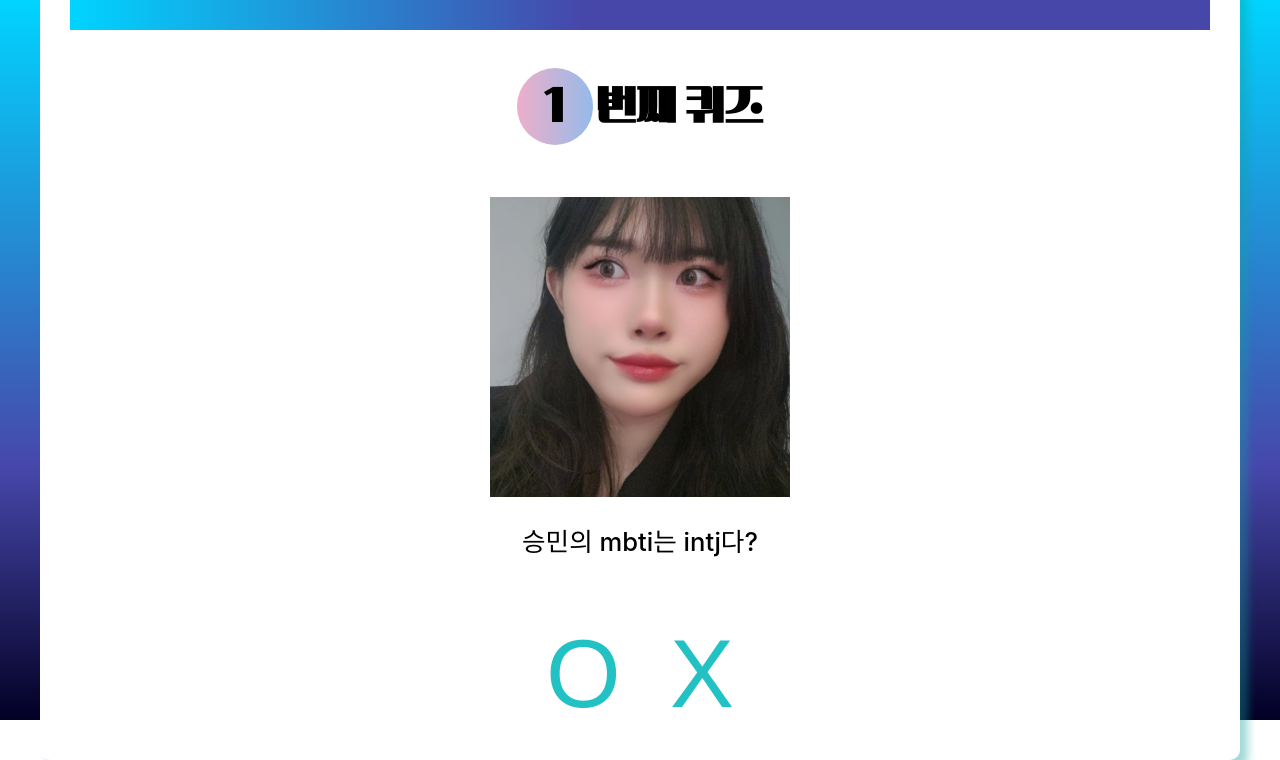
Repository: dnjfht/quiz3
Page: /quiz
An editor plug-in stored every save of this project. The page is shown before and after the next save, followed by the edit.
The browser window is 1280 px wide. The pictures show the whole page.
The project was rebuilt for these pictures with package versions that can differ from the ones it lists, and the page was loaded fresh each time. Also part of the build but not shown: src/components/Start.js, src/components/Score.js, src/components/Message.js, src/components/Ranking.js, src/components/NotPage.js.

Above is the page before, as saved 2023-04-15 23:18:38.

### src/index.js
import React from "react";
import ReactDOM from "react-dom/client";
import "./index.css";
import App from "./App";
import reportWebVitals from "./reportWebVitals";
import { BrowserRouter } from "react-router-dom";
import { Provider } from "react-redux";
import store from "./redux/config/configStore";

const root = ReactDOM.createRoot(document.getElementById("root"));
root.render(
  <Provider store={store}>
    <BrowserRouter>
      <App />
    </BrowserRouter>
  </Provider>
);

// If you want to start measuring performance in your app, pass a function
// to log results (for example: reportWebVitals(console.log))
// or send to an analytics endpoint. Learn more: https://bit.ly/CRA-vitals
reportWebVitals();

### src/index.css
body {
  margin: 0;
  font-family: -apple-system, BlinkMacSystemFont, "Segoe UI", "Roboto", "Oxygen",
    "Ubuntu", "Cantarell", "Fira Sans", "Droid Sans", "Helvetica Neue",
    sans-serif;
  -webkit-font-smoothing: antialiased;
  -moz-osx-font-smoothing: grayscale;
}

code {
  font-family: source-code-pro, Menlo, Monaco, Consolas, "Courier New",
    monospace;
}

@font-face {
  font-family: "ddalgifont";
  src: url("./fonts/고령딸기체+TTF.ttf");
}

@font-face {
  font-family: "chabfont";
  src: url("./fonts/chab.ttf");
}

@font-face {
  font-family: "ddagfont";
  src: url("./fonts/ddag.ttf");
}

### src/App.js
import styled from "styled-components";
import Router from "./shared/Router";

const Wrap = styled.div`
  width: 100%;
  height: 100vh;
  background: rgb(2, 0, 36);
  background: linear-gradient(
    0deg,
    rgba(2, 0, 36, 1) 0%,
    rgba(71, 71, 170, 1) 35%,
    rgba(0, 212, 255, 1) 100%
  );

  position: relative;
`;

const ContentWrap = styled.div`
  width: 1200px;
  height: 800px;
  padding: 30px;
  box-sizing: border-box;
  background-color: white;
  border-radius: 10px;
  box-shadow: 8px 8px 8px rgba(21, 159, 161, 0.4);

  position: absolute;
  top: 50%;
  margin-top: -400px;
  left: 50%;
  margin-left: -600px;
`;

function App() {
  return (
    <Wrap>
      <ContentWrap>
        <Router />
      </ContentWrap>
    </Wrap>
  );
}

export default App;

### src/redux/config/configStore.js
import { combineReducers, createStore, applyMiddleware } from "redux";
import thunk from "redux-thunk";
import quiz from "../modules/quiz";
import rank from "../modules/rank";

const middlewares = [thunk];
// 미들웨어들도 하나로 묶어줘야 힘.

const rootReducer = combineReducers({
  quiz: quiz,
  rank: rank,
});

const enhancer = applyMiddleware(...middlewares);
// reducer 말고 옵셔널하게 추가하는 애들의 모음.
// 여기 미들웨어를 적용해 넣을 거임.

const store = createStore(rootReducer, enhancer);
export default store;

### src/shared/Router.js
import React from "react";
import { Routes, Route } from "react-router-dom";
import Start from "../components/Start";
import Quiz from "../components/Quiz";
import Score from "../components/Score";
import Message from "../components/Message";
import Ranking from "../components/Ranking";
import NotPage from "../components/NotPage";

export default function Router() {
  return (
    <>
      <Routes>
        <Route path="/" element={<Start />} />
        <Route path="/quiz" element={<Quiz />} />
        <Route path="/score" element={<Score />} />
        <Route path="/message" element={<Message />} />
        <Route path="/ranking" element={<Ranking />} />
        <Route path="*" element={<NotPage />} />
      </Routes>
    </>
  );
}

### src/redux/modules/quiz.js
// action value
const ADDUSERANSWER = "add_user_answer";
const RESETUSERANSWER = "reset_user_answer";

// action creator

export const AddUserAnswer = (payload) => {
  return {
    type: ADDUSERANSWER,
    payload: payload,
  };
};

export const ResetUserAnswer = (payload) => {
  return {
    type: RESETUSERANSWER,
    payload: payload,
  };
};

// initialState
const initialState = {
  name: "유승민",
  quiz_list: [
    {
      image: "assets/1.png",
      quiz: "승민의 mbti는 intj다?",
      answer: false,
    },
    {
      image: "assets/2.png",
      quiz: "승민은 공감을 잘해주는 사람을 좋아한다?",
      answer: true,
    },
    {
      image: "assets/3.png",
      quiz: "승민은 사람들이랑 대화하고 알아가는 것을 즐긴다?",
      answer: true,
    },
    {
      image: "assets/4.png",
      quiz: "승민은 자기개발하는걸 좋아한다?",
      answer: true,
    },
    {
      image: "assets/5.png",
      quiz: "승민의 관심있을 때 하는 행동은 선톡을 하는 것이다?",
      answer: true,
    },
    {
      image: "assets/6.png",
      quiz: "승민은 불같은 연애보다 서로 믿고 의지할 수 있는 연애를 선호한다?",
      answer: true,
    },
    {
      image: "assets/7.png",
      quiz: "승민은 계획을 세우고 차근차근 계획에 옮기는걸 선호한다?",
      answer: true,
    },
    {
      image: "assets/8.png",
      quiz: "승민은 놀이기구 타는 것을 좋아한다?",
      answer: false,
    },
    {
      image: "assets/9.png",
      quiz: "승민은 고1 때부터 흡연을 했다?",
      answer: false,
    },
    {
      image: "assets/10.png",
      quiz: "승민은 소개팅을 나간 적이 있다?",
      answer: false,
    },
    {
      image: "assets/11.png",
      quiz: "승민은 소개팅과 같은 인위적인 만남을 좋아한다?",
      answer: false,
    },
    {
      image: "assets/12.png",
      quiz: "승민은 연인과 갈등이 있을 때 대화로 푸는 것을 선호한다?",
      answer: true,
    },
    {
      image: "assets/13.png",
      quiz: "승민은 연애할 때 항상 상대방의 기분이 우선이다?",
      answer: true,
    },
    {
      image: "assets/14.png",
      quiz: "승민은 좋아하는 사람에게 선물주는 것을 좋아한다?",
      answer: true,
    },
    {
      image: "assets/15.png",
      quiz: "승민은 감수성이 풍부해서 슬픈 영화나 만화를 보고 잘 운다?",
      answer: true,
    },
    {
      image: "assets/16.png",
      quiz: "승민은 본래 무뚝뚝한 성격이다?",
      answer: true,
    },
    {
      image: "assets/17.png",
      quiz: "승민의 노래방 18번곡은 나비무덤이다?",
      answer: false,
    },
    {
      image: "assets/18.png",
      quiz: "승민은 핫플을 돌아다니면서 맛집 탐방을 하고 사진 찍는 데이트를 선호한다?",
      answer: true,
    },
    {
      image: "assets/19.png",
      quiz: "승민은 연애할 때 꽃이나 편지 받는걸 좋아한다?",
      answer: true,
    },
    {
      image: "assets/20.png",
      quiz: "승민은 번호를 따인 적이 있다?",
      answer: false,
    },
  ],
  user_answer: [],
  result_text: {
    40: "나랑 친하지 않은가보군?😑",
    60: "나랑 좀 더 친해져야겠다🙃",
    80: "내적 친밀감 80퍼센트!😎",
    100: "뭐야, 넌 내 소울메이트...!?💖",
  },
};

// reducer

const quiz = (state = initialState, action) => {
  switch (action.type) {
    case ADDUSERANSWER: {
      const newUserAnswer = [...state.user_answer, action.payload];
      return { ...state, user_answer: newUserAnswer };
    }
    case RESETUSERANSWER: {
      return { ...state, user_answer: [] };
    }
    default:
      return state;
  }
};

export default quiz;

### src/redux/modules/rank.js
import { db } from "../../firebase";
import {
  collection,
  getDocs,
  addDoc,
  doc,
  updateDoc,
  deleteDoc,
  getDoc,
} from "firebase/firestore";

// action value
const ADDUSERNAME = "add_user_name";
const GETRANK = "get_rank";
const ADDRANK = "add_rank";

// action creator
export const GetRank = (payload) => {
  return {
    type: GETRANK,
    payload: payload,
  };
};

export const AddUserName = (payload) => {
  return {
    type: ADDUSERNAME,
    payload: payload,
  };
};

export const AddRank = (payload) => {
  return {
    type: ADDRANK,
    payload: payload,
  };
};

export const loadQuizFB = () => {
  return async function (dispatch) {
    const quiz_data = await getDocs(collection(db, "quiz"));
    console.log(quiz_data);

    let quiz_list = [];

    quiz_data.forEach((doc) => {
      console.log(doc.data());
      quiz_list.push({ id: doc.id, ...doc.data() });
    });

    console.log(quiz_list);

    dispatch(GetRank(quiz_list));
  };
};

export const addQuizFB = (payload) => {
  return async function (dispatch) {
    const docRef = await addDoc(collection(db, "quiz"), payload);
    // const _quiz = await getDoc(docRef);
    // const quiz = { id: _quiz.id, ..._quiz.data() };
    // dispatch(AddRank(quiz));

    // 추가한 데이터 중 id를 가져와서 bucket_data 만들기.
    // const bucket_data = { id: docRef.id, ...payload };
    // // 마지막으로 액션 일으키기 (수정해달라고 요청)
    // dispatch(createWidget(bucket_data));
  };
};

// initialState
const initialState = {
  user_name: "",
  rank: [
    // { score: 100, name: "방가방가", comment: "다들 잘생겼다" },
    // { score: 40, name: "이하늘", comment: "너무 어려운데..." },
    // { score: 60, name: "오하요~!", comment: "잘 생긴 사람이 곧 이상형" },
  ],
};

// reducer
const rank = (state = initialState, action) => {
  switch (action.type) {
    case GETRANK: {
      console.log(action.payload);
      return { ...state, rank: action.payload };
    }
    case ADDUSERNAME: {
      return { ...state, user_name: action.payload };
    }
    case ADDRANK: {
      const new_rank_data = [...state.rank, action.payload];
      return { ...state, rank: new_rank_data };
    }
    default:
      return state;
  }
};
export default rank;

### src/components/Quiz.js
import React from "react";
import styled from "styled-components";
import Progress from "./Progress";
import { useSelector, useDispatch } from "react-redux";
import quiz, { AddUserAnswer } from "../redux/modules/quiz";
import { useEffect } from "react";
import { useNavigate } from "react-router-dom";

const Wrap = styled.div`
  width: 100%;
  height: 100%;

  display: flex;
  flex-direction: column;
  justify-content: space-between;
  align-items: center;
`;

const QuizWrap = styled.div`
  width: 100%;
  height: 680px;

  display: flex;
  flex-direction: column;
  align-items: center;
  justify-content: space-between;
`;

const QuizNumber = styled.h1`
  font-size: 2.6rem;
  font-family: "ddagfont";

  & > span {
    margin-right: 4px;
    padding: 10px 26px;
    background: rgb(238, 174, 202);
    background: linear-gradient(
      90deg,
      rgba(238, 174, 202, 1) 0%,
      rgba(148, 187, 233, 1) 100%
    );
    border-radius: 100px;
  }
`;

const QuizImg = styled.img`
  width: 300px;
  height: 300px;
`;

const Question = styled.h3`
  width: 100%;
  margin-top: -10px;

  font-size: 1.6rem;
  text-align: center;
  font-weight: 500;
`;

const AnswerSelector = styled.div`
  width: 200px;

  display: flex;
  flex-direction: row;
  justify-content: space-between;
`;

const AnswerSelectorButton = styled.button`
  background-color: transparent;
  border: none;

  font-size: 6rem;
  color: rgb(34, 193, 195);

  transition: all 0.8s;

  &:hover {
    color: rgb(253, 187, 45);

    cursor: pointer;
  }
`;

export default function Quiz() {
  const dispatch = useDispatch();
  const quiz_list = useSelector((state) => state.quiz.quiz_list);
  console.log(quiz_list);
  const user_answer = useSelector((state) => state.quiz.user_answer);
  console.log(user_answer);

  const navigate = useNavigate();

  useEffect(() => {
    if (quiz_list.length === user_answer.length) {
      navigate("/score");
      return;
    }
  }, [user_answer]);

  if (quiz_list.length === user_answer.length) {
    return null;
  }

  return (
    <Wrap>
      <Progress />
      <QuizWrap>
        <QuizNumber>
          <span>{user_answer.length + 1}</span>번째 퀴즈
        </QuizNumber>

        <QuizImg
          src={
            process.env.PUBLIC_URL + `${quiz_list[user_answer.length].image}`
          }
        />

        <Question>{quiz_list[user_answer.length].quiz}</Question>

        <AnswerSelector>
          <AnswerSelectorButton
            onClick={() => {
              dispatch(AddUserAnswer(true));
            }}
          >
            O
          </AnswerSelectorButton>
          <AnswerSelectorButton
            onClick={() => {
              dispatch(AddUserAnswer(false));
            }}
          >
            X
          </AnswerSelectorButton>
        </AnswerSelector>
      </QuizWrap>
    </Wrap>
  );
}

### src/firebase.js
// Import the functions you need from the SDKs you need
import { initializeApp } from "firebase/app";
import { getFirestore } from "firebase/firestore";
// TODO: Add SDKs for Firebase products that you want to use
// https://firebase.google.com/docs/web/setup#available-libraries

// Your web app's Firebase configuration
// For Firebase JS SDK v7.20.0 and later, measurementId is optional
const firebaseConfig = {
  apiKey: "AIzaSyAQCzx3TeRMhfQ14uI1xPuxKIeyOukr2zs",
  authDomain: "seungmin-s-quiz2.firebaseapp.com",
  projectId: "seungmin-s-quiz2",
  storageBucket: "seungmin-s-quiz2.appspot.com",
  messagingSenderId: "764474150624",
  appId: "1:764474150624:web:e3932df48db64f86c44a85",
  measurementId: "G-NK0EYYQQFF",
};

// Initialize Firebase
const app = initializeApp(firebaseConfig);
export const db = getFirestore(app);

### src/components/Progress.js
import React from "react";
import { useSelector } from "react-redux";
import styled from "styled-components";

const Wrap = styled.div`
  width: 100%;
  height: 40px;
  background: rgb(2, 0, 36);
  background: linear-gradient(
    90deg,
    rgba(0, 212, 255, 1) 0%,
    rgba(71, 71, 170, 1) 45%
  );
`;

const ProgressBar = styled.div`
  width: ${(props) => props.percent};
  height: 100%;
  background: rgb(238, 174, 202);
  background: linear-gradient(
    90deg,
    rgba(238, 174, 202, 1) 0%,
    rgba(148, 187, 233, 1) 100%
  );

  transition: all 0.5s;
`;

export default function Progress() {
  const user_answer = useSelector((state) => state.quiz.user_answer);
  const quiz_list = useSelector((state) => state.quiz.quiz_list);

  const percent = (100 / quiz_list.length) * user_answer.length + "%";
  console.log(percent);

  return (
    <Wrap>
      <ProgressBar percent={percent} />
    </Wrap>
  );
}

Loaded but not shown: public/index.html (common file); src/reportWebVitals.js (common file)

After the next save:
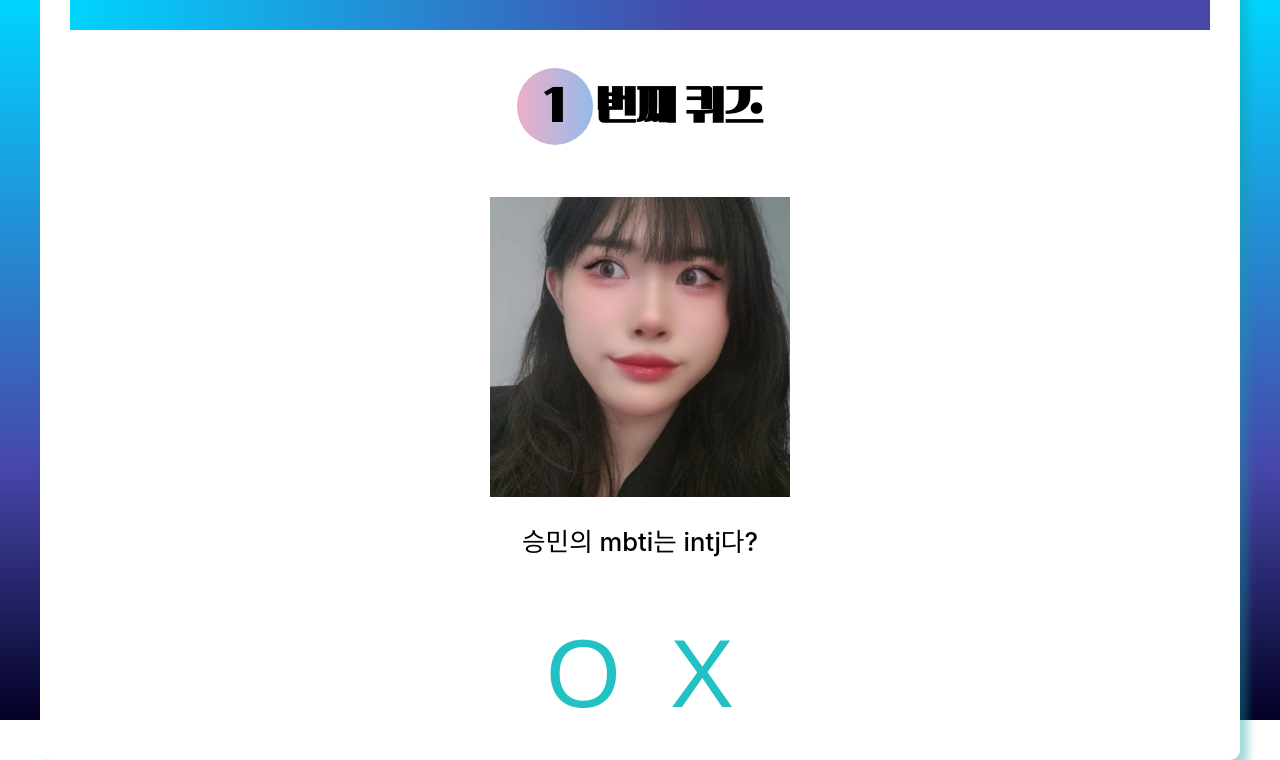
Saved 5 s later.
--- a/src/components/Progress.js
+++ b/src/components/Progress.js
@@ -9,7 +9,7 @@ const Wrap = styled.div`
   background: linear-gradient(
     90deg,
     rgba(0, 212, 255, 1) 0%,
-    rgba(71, 71, 170, 1) 45%
+    rgba(71, 71, 170, 1) 55%
   );
 `;
 
